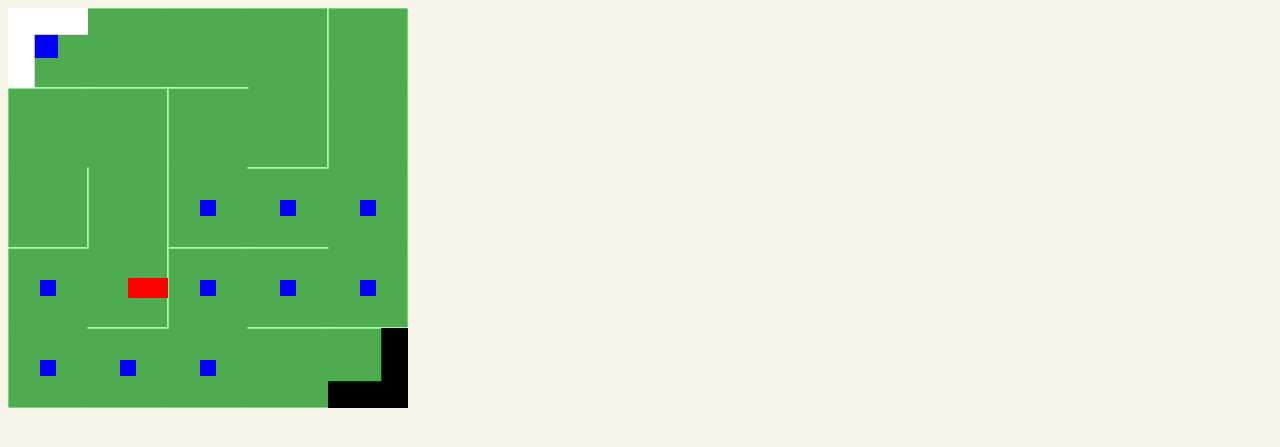
Repository: animarcus/maze-generator
Page: index.html
These files come from the project's save history. The page is drawn as it stood at one moment and after the next save; the edit follows.
The browser window is 1280 px wide. The pictures show the whole page.
Some web libraries are served in a nearby version.

Above is the page before, as saved 2020-09-12 20:03:00.

After the next save:
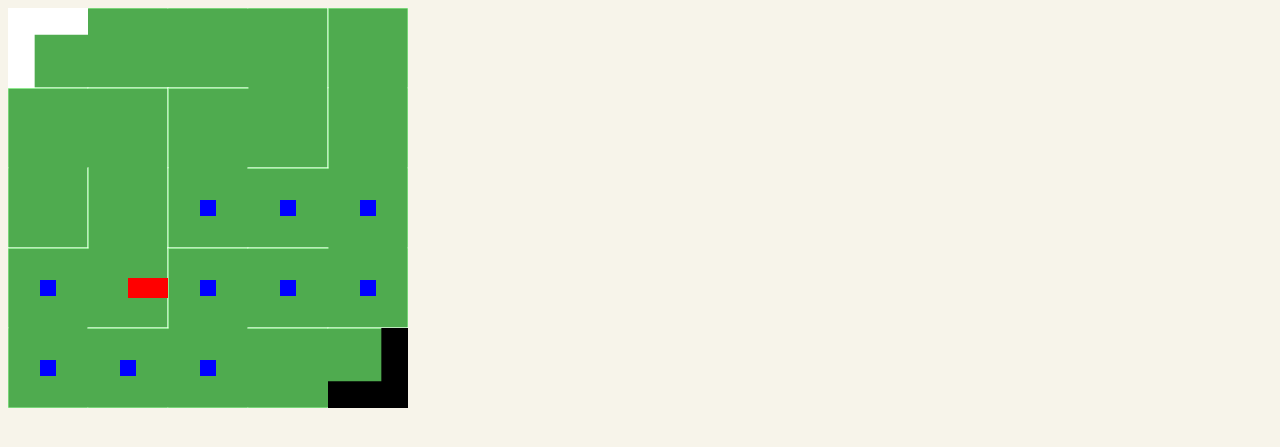
Saved 25 s later.
--- a/js/sketch.js
+++ b/js/sketch.js
@@ -96,7 +96,6 @@ let maze = {
     solver.move();
   },
   drawSolvedPath : function(coords, index) {
-    rect(0, 0, 50,50)
     let x = coords.i;
     let y = coords.j;
     console.log(" ");
